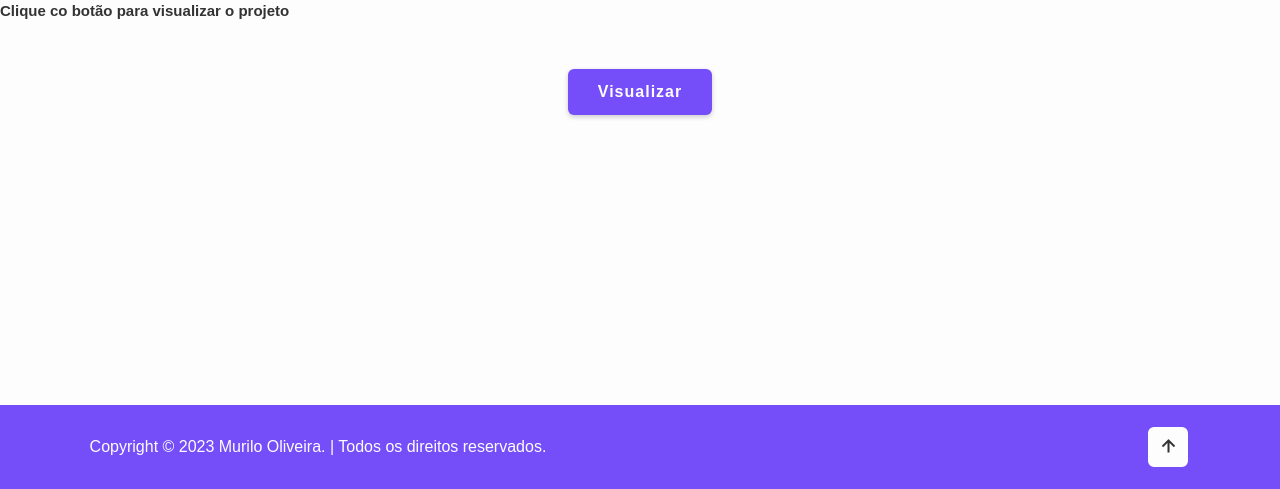
Repository: devMuriloOliveira/Portfolio-
Page: projetos/projeto-1.html
These files come from the project's save history. The page is drawn as it stood at one moment and after the next save; the edit follows.
The browser window is 1280 px wide. The pictures show the part of the page from y = 515 to 1004 px (the page is 1004 px tall).
Some web fonts or font styles are not loaded; a fallback is used.

Above is the page before, as saved 2023-03-16 15:58:01.

### projetos/projeto-1.html
<!DOCTYPE html>
<html lang="en">
  <head>
    <meta charset="UTF-8" />
    <meta http-equiv="X-UA-Compatible" content="IE=edge" />
    <meta name="viewport" content="width=device-width, initial-scale=1.0" />

    <!--swiper css-->
    <link
      rel="stylesheet"
      href="https://cdn.jsdelivr.net/npm/swiper@9/swiper-bundle.min.css"
    />

    <!--box icons-->
    <link
      href="https://unpkg.com/boxicons@2.1.4/css/boxicons.min.css"
      rel="stylesheet"
    />

    <!--font-->
    <link
      rel="stylesheet"
      href="https://fonts.googleapis.com/css2?family=Material+Symbols+Outlined:opsz,wght,FILL,GRAD@20..48,100..700,0..1,-50..200"
    />

    <!--css-->
    <link rel="stylesheet" href="projeto-1.css" />
    <title>BeautySalon</title>
  </head>
  <body>
    <header class="header">
      <a class="logo" href="#">Murilo<span>Oliveira</span>.</a>

      <nav class="navbar">
        <a href="/index.html" class="active">Início</a>
      </nav>

      <div class="bx bx bx-moon" id="darkMode-icon"></div>

      <div class="bx bx-menu" id="menu-icon"></div>
    </header>

    <section>
      <div class="video">
        <iframe
          width="560"
          height="315"
          src="https://www.youtube.com/embed/JxFzhGkumwg"
          title="YouTube video player"
          frameborder="0"
          allow="accelerometer; autoplay; clipboard-write; encrypted-media; gyroscope; picture-in-picture; web-share"
          allowfullscreen
        ></iframe>
      </div>

      <div class="texto">
        <h2>Clique co botão para visualizar o projeto</h2>
      </div>

      <div class="botao">
        <a
          class="btn"
          target="_blank"
          href="https://devmurilooliveira.github.io/Alura-Books/"
          >Visualizar</a
        >
      </div>
    </section>

    <footer class="footer">
      <div class="footer-text">
        <p>
          Copyright &copy; 2023 Murilo Oliveira. | Todos os direitos reservados.
        </p>
      </div>

      <div class="footer-iconTop">
        <a href="#"><i class="bx bx-up-arrow-alt"></i></a>
      </div>
    </footer>
  </body>
</html>

### projetos/projeto-1.css
*{
  margin: 0;
  padding: 0;
  box-sizing: border-box;
  text-decoration: none;
  border: none;
  outline: none;
  scroll-behavior: smooth;
  font-family: 'Poppins', sans-serif;
}

:root{
  --bg-color: #fdfdfd;
  --bg-color-second: #fafafa;
  --text-color: #333;
  --main-color: #754ef9;
  --white-color: #fdfdfd;
  --shadow-color: rgba(0, 0, 0, .2);
}

.dark-mode{
  --bg-color: #0b061f;
  --text-color: #fdfdfd;
  --shadow-color: rgba(0, 0, 0, .7);
}

html{
  font-size: 62.5%;
  overflow-x: hidden;
}

body{
  background: var(--bg-color);
  color: var(--text-color);
}


.header{
  position: fixed;
  top: 0;
  left: 0;
  width: 100%;
  padding: 2rem 7%;
  background: var(--main-color);
  display: flex;
  align-items: center;
  z-index: 100;
  transition: .5s;
  box-shadow: 0 .1rem 1rem var(--shadow-color);

}

.sticky{
  background: var(--bg-color);
  box-shadow: 0 .1rem 1rem var(--shadow-color);
}

.logo{
  font-size: 2.5rem;
  color: var(--white-color);
  font-weight: 600;
  cursor: pointer;
  margin-right: auto;
}

.navbar a{
  position: relative;
  font-size: 1.7rem;
  color: var(--white-color);
  font-weight: 500;
  margin-right: 3.5rem;
}

 .sticky .navbar a{
  color: var(--text-color);
}

 .sticky .navbar a.active{
  color: var(--main-color);
}


.navbar a.active::before{
  content: '';
  position: absolute;
  left: 0;
  bottom: -6px;
  width: 100%;
  height: .2rem;
  background: var(--white-color);
}

  .sticky .navbar a::before{
  background: var(--main-color);
  opacity: .7;
}


#darkMode-icon{
  font-size: 2.4rem;
  color: var(--white-color);
  cursor: pointer;
}

.sticky #darkMode-icon{
  color: var(--text-color);
  opacity: .9;
}

#menu-icon{
  font-size: 3.6rem;
  color: var(--text-color);
  display: none;
}

section{
  min-height: 100vh;

}

.video{
  text-align: center;
  margin-top: 20rem;

}

.btn{
  display: inline-block;
  padding: 1.2rem 2.8rem;
  background: var(--main-color);
  border-radius: .6rem;
  box-shadow: 0 .2rem .5rem var(--shadow-color);
  font-size: 1.6rem;
  color: var(--white-color);
  letter-spacing: .1rem;
  font-weight: 600;
  border: .2rem solid transparent;
  transition: .5s ease;
}

.btn:hover{
  background: transparent;
  color: var(--main-color);
  border-color: var(--main-color);
}

.botao{
  margin-top: 5rem;
  text-align: center;
}

.footer{
  display: flex;
  justify-content: space-between;
  align-items: center;
  flex-wrap: wrap;
  padding: 2rem 7%;
  background: var(--main-color);
}

.footer-text{
  font-size: 1.6rem;
  color: var(--white-color);
}

.footer-iconTop a{
  display: inline-flex;
  justify-content: center;
  align-items: center;
  padding: .8rem;
  background: var(--white-color);
  border-radius: .8rem;
  border: .2rem solid var(--main-color);
  outline: .2rem solid transparent;
  transition: .5s ease;
}

.footer-iconTop a:hover{
  outline-color: var(--white-color);
}

.footer-iconTop a i{
  font-size: 2.4rem;
  color: #333;
}

After the next save:
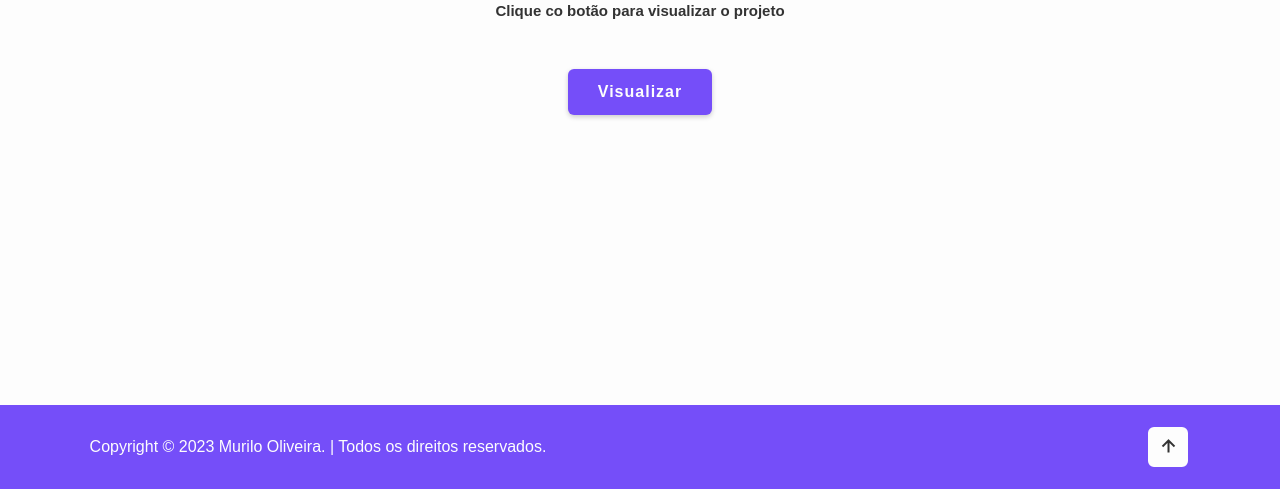
Saved 22 s later.
--- a/projetos/projeto-1.css
+++ b/projetos/projeto-1.css
@@ -124,6 +124,10 @@ section{
 
 }
 
+.texto{
+  text-align: center;
+}
+
 .btn{
   display: inline-block;
   padding: 1.2rem 2.8rem;
